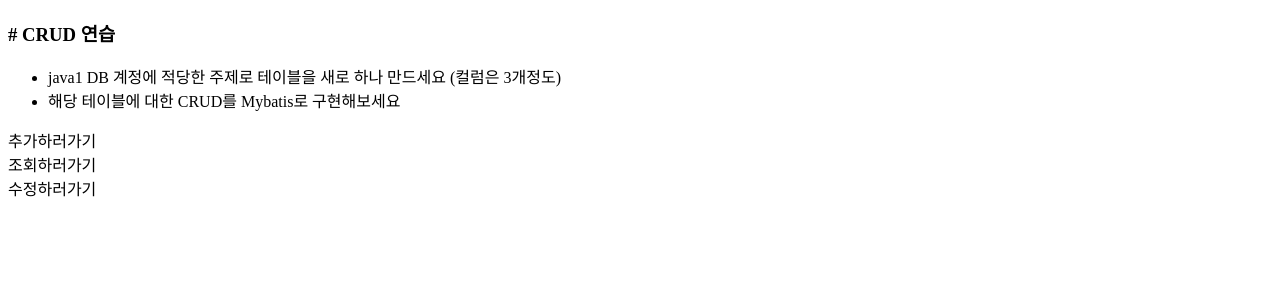
Repository: sirius455/spring-workspace
Page: http://localhost/Practice_SpringMVC/WEB-INF/views/CRUD.jsp
An editor plug-in stored every save of this project. The page is shown before and after the next save, followed by the edit.
The browser window is 1280 px wide. The pictures show the whole page.
The page is served by Tomcat 9. Nobody is signed in. The template is opened directly, without the code that normally fills it, so the values that code supplies are empty.

Above is the page before, as saved 2021-08-02 02:06:04.

After the next save:
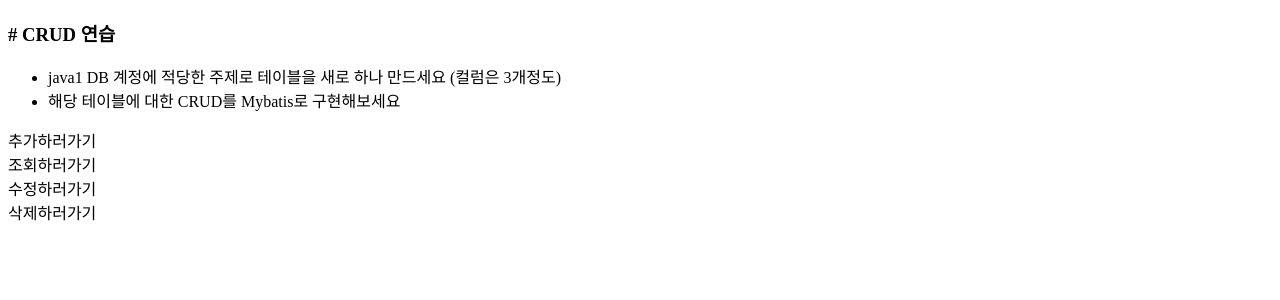
Saved 8 s later.
--- a/Practice_SpringMVC/src/main/webapp/WEB-INF/views/CRUD.jsp
+++ b/Practice_SpringMVC/src/main/webapp/WEB-INF/views/CRUD.jsp
@@ -17,6 +17,7 @@
 추가하러가기 <br>
 조회하러가기 <br>
 수정하러가기 <br>
+삭제하러가기 <br>
 
 </body>
 </html>
